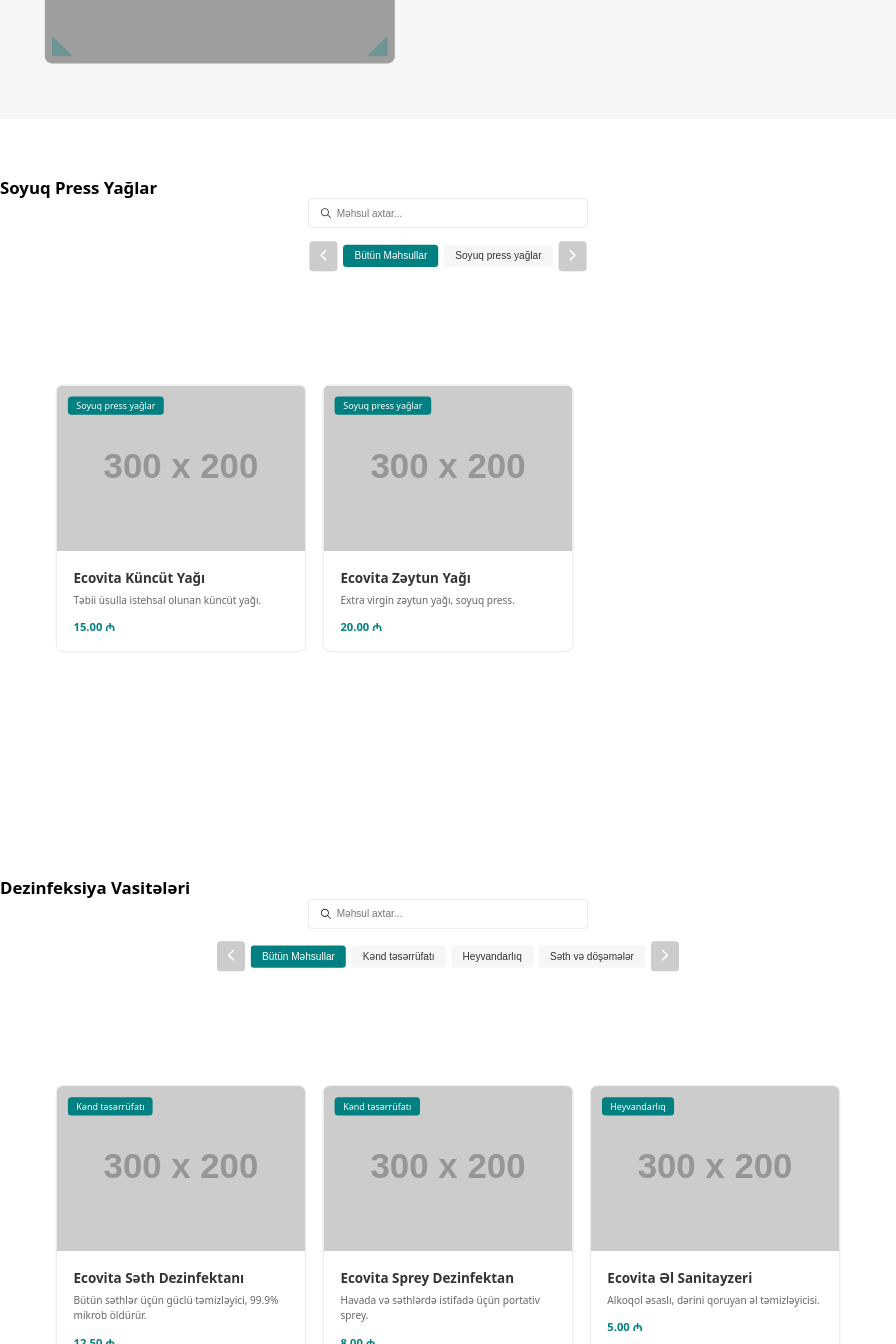
Repository: ferhadsultan98/ecovita
Page: /
The author's editor kept a copy of each file at every save. The page is drawn from the files as they stood at one save, then again after the next save.
The browser window is 1280 px wide. The pictures show the part of the page from y = 1382 to 3302 px (the page is 4462 px tall before and 4396 px after), at 70% of full size.
Pictures or frames that could not be fetched are drawn as grey boxes. The project was rebuilt for these pictures with package versions that can differ from the ones it lists, and the page was loaded fresh each time. Also part of the build but not shown: vite.config.js.

Above is the page before, as saved 2025-05-02 15:53:18.

### index.html
<!doctype html>
<html lang="en">
  <head>
    <meta charset="UTF-8" />
    <meta name="viewport" content="width=device-width, initial-scale=1.0" />
    <link rel="shortcut icon" href="./public/assets/Fotolar/logo.png" type="image/x-icon">
    <title>Ecovita - Menu</title>
  </head>
  <body>
    <div id="root"></div>
    <script type="module" src="/src/main.jsx"></script>
  </body>
</html>

### src/App.jsx
import React from "react";
import "./App.scss";
import MainLayout from "./Components/Common/MainLayout";
import Home from "./Pages/Home/Home";
import MenuSection from "./Pages/MenuSection/MenuSection";

function App() {
  return (
    <div className="app-container">
      <MainLayout>
        <Home />
        <MenuSection />
      </MainLayout>
    </div>
  );
}

export default App;

### src/App.scss
* {
  margin: 0;
  padding: 0;
  box-sizing: border-box;
}

body {
  font-family: system-ui, -apple-system, BlinkMacSystemFont, "Segoe UI", Roboto,
    Oxygen, Ubuntu, Cantarell, "Open Sans", "Helvetica Neue", sans-serif;
}

### src/Components/Common/MainLayout.jsx
import React from 'react';
import Header from './Header/Header';
import Footer from './Footer/Footer';

const MainLayout = ({ children }) => {
  return (
    <>
      <Header />
      {children}
      <Footer />
    </>
  );
};

export default MainLayout;

### src/Pages/MenuSection/MenuSection.jsx
import React, { useState, useEffect, useRef } from "react";
import { motion, AnimatePresence } from "framer-motion";
import "./MenuSection.scss";
import { IoIosArrowForward, IoIosArrowBack, IoIosSearch } from "react-icons/io";

const MenuSection = () => {
  const [activeFilters, setActiveFilters] = useState({
    oils: "all",
    disinfectants: "all",
  });
  const [visibleItems, setVisibleItems] = useState({
    oils: [],
    disinfectants: [],
  });
  const [menuItems, setMenuItems] = useState({
    oils: {},
    disinfectants: {},
  });
  const [fetchError, setFetchError] = useState(null);
  const [filterListRefs, setFilterListRefs] = useState({
    oils: useRef(null),
    disinfectants: useRef(null),
  });
  const [scrolled, setScrolled] = useState({ oils: 0, disinfectants: 0 });
  const [maxScroll, setMaxScroll] = useState({ oils: 0, disinfectants: 0 });
  const [itemsToShow, setItemsToShow] = useState({ oils: 6, disinfectants: 6 });
  const [hasMore, setHasMore] = useState({ oils: true, disinfectants: true });
  const [searchTerms, setSearchTerms] = useState({ oils: "", disinfectants: "" });
  const [isNavbarSticky, setIsNavbarSticky] = useState({
    oils: false,
    disinfectants: false,
  });
  const navbarRefs = {
    oils: useRef(null),
    disinfectants: useRef(null),
  };
  const sectionRefs = {
    oils: useRef(null),
    disinfectants: useRef(null),
  };

  // Static product data for Ecovita, split into oils and disinfectants
  const productData = {
    oils: [
      {
        category: { az: "Soyuq press yağlar" },
        items: [
          {
            id: "7",
            name: { az: "Ecovita Küncüt Yağı" },
            description: { az: "Təbii üsulla istehsal olunan küncüt yağı." },
            price: 15.0,
            image_url: "sesame-oil.jpg",
          },
          {
            id: "8",
            name: { az: "Ecovita Zəytun Yağı" },
            description: { az: "Extra virgin zəytun yağı, soyuq press." },
            price: 20.0,
            image_url: "olive-oil.jpg",
          },
        ],
      },
    ],
    disinfectants: [
      {
        category: { az: "Kənd təsərrüfatı" },
        items: [
          {
            id: "1",
            name: { az: "Ecovita Səth Dezinfektanı" },
            description: {
              az: "Bütün səthlər üçün güclü təmizləyici, 99.9% mikrob öldürür.",
            },
            price: 12.5,
            image_url: "surface-disinfectant.jpg",
          },
          {
            id: "2",
            name: { az: "Ecovita Sprey Dezinfektan" },
            description: {
              az: "Havada və səthlərdə istifadə üçün portativ sprey.",
            },
            price: 8.0,
            image_url: "spray-disinfectant.jpg",
          },
        ],
      },
      {
        category: { az: "Heyvandarlıq" },
        items: [
          {
            id: "3",
            name: { az: "Ecovita Əl Sanitayzeri" },
            description: {
              az: "Alkoqol əsaslı, dərini qoruyan əl təmizləyicisi.",
            },
            price: 5.0,
            image_url: "hand-sanitizer.jpg",
          },
          {
            id: "4",
            name: { az: "Ecovita Gel Sanitayzer" },
            description: { az: "Uzunmüddətli qoruma təmin edən gel formulası." },
            price: 6.5,
            image_url: "gel-sanitizer.jpg",
          },
        ],
      },
      {
        category: { az: "Səth və döşəmələr" },
        items: [
          {
            id: "5",
            name: { az: "Ecovita Çoxməqsədli Təmizləyici" },
            description: {
              az: "Mətbəx və vanna otağı üçün ekoloji təmiz təmizləyici.",
            },
            price: 10.0,
            image_url: "multi-purpose-cleaner.jpg",
          },
          {
            id: "6",
            name: { az: "Ecovita Şüşə Təmizləyici" },
            description: {
              az: "Ləkəsiz parıltı üçün şüşə və güzgü təmizləyicisi.",
            },
            price: 7.0,
            image_url: "glass-cleaner.jpg",
          },
        ],
      },
    ],
  };

  const processMenuData = (data) => {
    if (!Array.isArray(data)) return {};
    return data.reduce((acc, cat) => {
      if (!cat?.category?.az || !Array.isArray(cat.items)) return acc;
      const categoryKey = cat.category.az.toLowerCase().replace(/\s+/g, "-");
      acc[categoryKey] = {
        items: cat.items.filter(
          (item) =>
            item?.id && item?.name?.az && item?.description?.az && item?.price
        ),
        name: cat.category,
      };
      return acc;
    }, {});
  };

  useEffect(() => {
    try {
      const processedOils = processMenuData(productData.oils);
      const processedDisinfectants = processMenuData(productData.disinfectants);
      setMenuItems({
        oils: processedOils,
        disinfectants: processedDisinfectants,
      });
      setFetchError(null);
    } catch (error) {
      setFetchError(
        `Məhsul məlumatlarının yüklənməsində xəta: ${error.message}`
      );
      setMenuItems({ oils: {}, disinfectants: {} });
    }
  }, []);

  const updateVisibleItems = (section, activeFilter, menuItems, searchTerm) => {
    let items = [];
    if (activeFilter === "all") {
      Object.values(menuItems[section]).forEach((category) => {
        if (Array.isArray(category.items)) {
          items = [
            ...items,
            ...category.items.map((item) => ({
              ...item,
              category: category.name,
            })),
          ];
        }
      });
    } else if (menuItems[section][activeFilter]?.items) {
      items = menuItems[section][activeFilter].items.map((item) => ({
        ...item,
        category: menuItems[section][activeFilter].name,
      }));
    }

    if (searchTerm.trim()) {
      const term = searchTerm.toLowerCase();
      items = items.filter(
        (item) =>
          (item.name?.az || "").toLowerCase().includes(term) ||
          (item.description?.az || "").toLowerCase().includes(term)
      );
      setTimeout(() => {
        sectionRefs[section].current?.scrollIntoView({
          behavior: "smooth",
          block: "start",
        });
      }, 100);
    }

    return items;
  };

  useEffect(() => {
    setVisibleItems({
      oils: updateVisibleItems(
        "oils",
        activeFilters.oils,
        menuItems,
        searchTerms.oils
      ),
      disinfectants: updateVisibleItems(
        "disinfectants",
        activeFilters.disinfectants,
        menuItems,
        searchTerms.disinfectants
      ),
    });
    setItemsToShow({ oils: 6, disinfectants: 6 });
    setHasMore({
      oils: visibleItems.oils?.length > 6,
      disinfectants: visibleItems.disinfectants?.length > 6,
    });
  }, [activeFilters, menuItems, searchTerms]);

  useEffect(() => {
    const updateMetrics = (section) => {
      const ref = filterListRefs[section].current;
      if (ref) {
        const newMaxScroll = ref.scrollWidth - ref.clientWidth;
        setMaxScroll((prev) => ({
          ...prev,
          [section]: newMaxScroll > 0 ? newMaxScroll : 0,
        }));
        setScrolled((prev) => ({ ...prev, [section]: ref.scrollLeft }));
      }
    };
    updateMetrics("oils");
    updateMetrics("disinfectants");
    scrollActiveFilterIntoView("oils");
    scrollActiveFilterIntoView("disinfectants");
    window.addEventListener("resize", () => {
      updateMetrics("oils");
      updateMetrics("disinfectants");
    });
    return () =>
      window.removeEventListener("resize", () => {
        updateMetrics("oils");
        updateMetrics("disinfectants");
      });
  }, [activeFilters, menuItems]);

  useEffect(() => {
    const handleScroll = () => {
      ["oils", "disinfectants"].forEach((section) => {
        if (sectionRefs[section].current && navbarRefs[section].current) {
          const sectionTop = sectionRefs[section].current.getBoundingClientRect().top;
          setIsNavbarSticky((prev) => ({
            ...prev,
            [section]: sectionTop <= 0,
          }));
        }
      });
    };
    window.addEventListener("scroll", handleScroll);
    return () => window.removeEventListener("scroll", handleScroll);
  }, []);

  const handleFilterClick = (section, filter) => {
    setActiveFilters((prev) => ({ ...prev, [section]: filter }));
    setTimeout(() => {
      sectionRefs[section].current?.scrollIntoView({
        behavior: "smooth",
        block: "start",
      });
    }, 100);
  };

  const handleScrollFilters = (section, direction) => {
    const ref = filterListRefs[section].current;
    if (!ref) return;
    const scrollAmount =
      direction === "prev" ? -ref.clientWidth * 0.7 : ref.clientWidth * 0.7;
    ref.scrollBy({ left: scrollAmount, behavior: "smooth" });
  };

  const handleFilterListScroll = (section) => {
    const ref = filterListRefs[section].current;
    if (ref) {
      setScrolled((prev) => ({ ...prev, [section]: ref.scrollLeft }));
      setMaxScroll((prev) => ({
        ...prev,
        [section]: Math.max(0, ref.scrollWidth - ref.clientWidth),
      }));
    }
  };

  const scrollActiveFilterIntoView = (section) => {
    const ref = filterListRefs[section].current;
    if (!ref) return;
    const activeButton = ref.querySelector(".menu-filter-button-active");
    if (activeButton) {
      const list = ref;
      const buttonLeft = activeButton.offsetLeft;
      const buttonWidth = activeButton.offsetWidth;
      const listWidth = list.clientWidth;
      list.scrollTo({
        left: buttonLeft - listWidth / 2 + buttonWidth / 2,
        behavior: "smooth",
      });
    }
  };

  const handleSearchChange = (section, e) => {
    setSearchTerms((prev) => ({ ...prev, [section]: e.target.value }));
    setActiveFilters((prev) => ({ ...prev, [section]: "all" }));
  };

  const clearSearch = (section) => {
    setSearchTerms((prev) => ({ ...prev, [section]: "" }));
  };

  const loadMore = (section) => {
    const newItemsToShow = itemsToShow[section] + 6;
    setItemsToShow((prev) => ({ ...prev, [section]: newItemsToShow }));
    setHasMore((prev) => ({
      ...prev,
      [section]: visibleItems[section].length > newItemsToShow,
    }));
  };

  const containerVariants = {
    hidden: { opacity: 0 },
    visible: { opacity: 1, transition: { staggerChildren: 0.1 } },
  };

  const itemVariants = {
    hidden: { y: 20, opacity: 0 },
    visible: { y: 0, opacity: 1, transition: { duration: 0.5 } },
  };

  const renderMenuSection = (section, title, sectionId) => {
    const categories = Object.keys(menuItems[section]);
    return (
      <section className="menu-section" id={sectionId} ref={sectionRefs[section]}>
        <h2 className="section-title">{title}</h2>
        <div
          className={`menu-navbar-wrapper ${isNavbarSticky[section] ? "sticky" : ""}`}
          ref={navbarRefs[section]}
        >
          <div className="container">
            {fetchError && <div className="error-message">{fetchError}</div>}
            <div className="menu-navbar-content">
              <div className="menu-search">
                <div className="search-input-wrapper">
                  <IoIosSearch className="search-icon" />
                  <input
                    type="text"
                    placeholder="Məhsul axtar..."
                    value={searchTerms[section]}
                    onChange={(e) => handleSearchChange(section, e)}
                    className="search-input"
                  />
                  {searchTerms[section] && (
                    <button
                      className="clear-search-button"
                      onClick={() => clearSearch(section)}
                    >
                      ×
                    </button>
                  )}
                </div>
              </div>
              <nav className="menu-filter">
                <div className="menu-filter-container">
                  <button
                    className={`scroll-button scroll-button-prev ${
                      scrolled[section] <= 0 ? "scroll-button-disabled" : ""
                    }`}
                    onClick={() => handleScrollFilters(section, "prev")}
                    disabled={scrolled[section] <= 0}
                    aria-label="Sola sürüşdür"
                  >
                    <IoIosArrowBack fontSize="24px" />
                  </button>
                  <div
                    className="menu-filter-list"
                    ref={filterListRefs[section]}
                    onScroll={() => handleFilterListScroll(section)}
                  >
                    <div className="menu-filter-item">
                      <motion.button
                        className={`menu-filter-button ${
                          activeFilters[section] === "all"
                            ? "menu-filter-button-active"
                            : ""
                        }`}
                        onClick={() => handleFilterClick(section, "all")}
                        whileHover={{ scale: 1.05 }}
                        whileTap={{ scale: 0.95 }}
                      >
                        Bütün Məhsullar
                      </motion.button>
                    </div>
                    {categories.map((category) => (
                      <div key={category} className="menu-filter-item">
                        <motion.button
                          className={`menu-filter-button ${
                            activeFilters[section] === category
                              ? "menu-filter-button-active"
                              : ""
                          }`}
                          onClick={() => handleFilterClick(section, category)}
                          whileHover={{ scale: 1.05 }}
                          whileTap={{ scale: 0.95 }}
                        >
                          {menuItems[section][category].name.az}
                        </motion.button>
                      </div>
                    ))}
                  </div>
                  <button
                    className={`scroll-button scroll-button-next ${
                      scrolled[section] >= maxScroll[section] - 1
                        ? "scroll-button-disabled"
                        : ""
                    }`}
                    onClick={() => handleScrollFilters(section, "next")}
                    disabled={scrolled[section] >= maxScroll[section] - 1}
                    aria-label="Sağa sürüşdür"
                  >
                    <IoIosArrowForward fontSize="24px" />
                  </button>
                </div>
              </nav>
            </div>
          </div>
        </div>

        <div className="container menu-content">
          {visibleItems[section].length > 0 ? (
            <AnimatePresence mode="wait">
              <motion.div
                key={activeFilters[section] + searchTerms[section]}
                className="menu-grid"
                variants={containerVariants}
                initial="hidden"
                animate="visible"
                exit={{ opacity: 0 }}
              >
                {visibleItems[section].slice(0, itemsToShow[section]).map((item) => (
                  <motion.div
                    key={item.id}
                    className="menu-item"
                    variants={itemVariants}
                  >
                    <div className="menu-item-card">
                      <div className="menu-item-image">
                        <img
                          src={`https://via.placeholder.com/300x200?text=${encodeURIComponent(
                            item.name.az
                          )}`}
                          alt={item.name.az}
                        />
                        <div className="menu-item-category-badge">
                          {item.category.az}
                        </div>
                      </div>
                      <div className="menu-item-content">
                        <h4 className="menu-item-title">{item.name.az}</h4>
                        <p className="menu-item-description">
                          {item.description.az}
                        </p>
                        <div className="menu-item-footer">
                          <span className="menu-item-price">
                            {item.price.toFixed(2)} ₼
                          </span>
                        </div>
                      </div>
                    </div>
                  </motion.div>
                ))}
              </motion.div>
            </AnimatePresence>
          ) : (
            <div className="no-results-found">
              <h3>Heç bir məhsul tapılmadı</h3>
              <p>Fərqli axtarış cəhd edin və ya filtrləri sıfırlayın.</p>
              <button
                className="reset-filter-button"
                onClick={() => clearSearch(section)}
              >
                Axtarışı Sıfırla
              </button>
            </div>
          )}
          {hasMore[section] && visibleItems[section].length > 0 && (
            <div className="menu-load-more">
              <motion.button
                className="load-more-button"
                onClick={() => loadMore(section)}
                whileHover={{ scale: 1.05 }}
                whileTap={{ scale: 0.95 }}
              >
                Daha Çox Göstər
              </motion.button>
            </div>
          )}
        </div>
      </section>
    );
  };

  return (
    <>
      {renderMenuSection("oils", "Soyuq Press Yağlar", "cold-pressed-oils")}
      {renderMenuSection("disinfectants", "Dezinfeksiya Vasitələri", "disinfectants")}
    </>
  );
};

export default MenuSection;

### src/Components/Common/Header/Header.jsx
import { useState, useEffect, useRef } from "react";
import "./Header.scss";
import { motion, AnimatePresence } from "framer-motion";
import { FaSyringe, FaChevronDown } from "react-icons/fa";
import EcovitaLogo from '../../../../public/assets/Fotolar/logo.png';

const Header = () => {
  const [scrolled, setScrolled] = useState(false);
  const [isDropdownOpen, setIsDropdownOpen] = useState(false);
  const dropdownRef = useRef(null);

  useEffect(() => {
    const handleScroll = () => {
      setScrolled(window.scrollY > 20);
    };

    window.addEventListener("scroll", handleScroll);
    return () => window.removeEventListener("scroll", handleScroll);
  }, []);

  useEffect(() => {
    const handleClickOutside = (event) => {
      if (dropdownRef.current && !dropdownRef.current.contains(event.target)) {
        setIsDropdownOpen(false);
      }
    };

    document.addEventListener("mousedown", handleClickOutside);
    return () => document.removeEventListener("mousedown", handleClickOutside);
  }, []);

  const scrollToTop = () => {
    window.scrollTo({ top: 0, behavior: "smooth" });
  };

  const scrollToSection = (sectionId) => {
    const section = document.getElementById(sectionId);
    if (section) {
      section.scrollIntoView({ behavior: "smooth", block: "start" });
      setIsDropdownOpen(false);
    }
  };

  const dropdownVariants = {
    hidden: { opacity: 0, y: -10, scale: 0.95 },
    visible: { opacity: 1, y: 0, scale: 1 },
    exit: { opacity: 0, y: -10, scale: 0.95 }
  };

  return (
    <header className={`header ${scrolled ? "scrolled" : ""}`}>
      <div className="header-container">
        <a onClick={scrollToTop} className="logo">
          <img src={EcovitaLogo} alt="Ecovita_logo" />
        </a>
        <div className="products-dropdown" ref={dropdownRef}>
          <button
            className="products-button"
            onMouseEnter={() => setIsDropdownOpen(true)}
            onClick={() => setIsDropdownOpen(!isDropdownOpen)}
          >
            Məhsullar
            <span className="products-icon">
              <FaSyringe />
            </span>
            <FaChevronDown className={`chevron-icon ${isDropdownOpen ? "open" : ""}`} />
          </button>
          <AnimatePresence>
            {isDropdownOpen && (
              <motion.ul
                className="dropdown-menu"
                variants={dropdownVariants}
                initial="hidden"
                animate="visible"
                exit="exit"
                transition={{ duration: 0.2, ease: "easeInOut" }}
                onMouseLeave={() => setIsDropdownOpen(false)}
              >
                <li onClick={() => scrollToSection("cold-pressed-oils")}>
                  Soyuq press yağlar
                </li>
                <li onClick={() => scrollToSection("disinfectants")}>
                  Dezinfeksiya vasitələri
                </li>
              </motion.ul>
            )}
          </AnimatePresence>
        </div>
      </div>
    </header>
  );
};

export default Header;

Loaded but not shown: src/main.jsx (common file); src/Pages/MenuSection/MenuSection.scss (453 lines, source omitted); src/Pages/Home/Home.scss (380 lines, source omitted); src/Pages/Home/Home.jsx (189 lines, source omitted); src/Components/Common/Footer/Footer.scss (300 lines, source omitted); src/Components/Common/Footer/Footer.jsx (142 lines, source omitted); src/Components/Common/Header/Header.scss (177 lines, source omitted); src/index.css (no stored copy; drawn as an empty file)

After the next save:
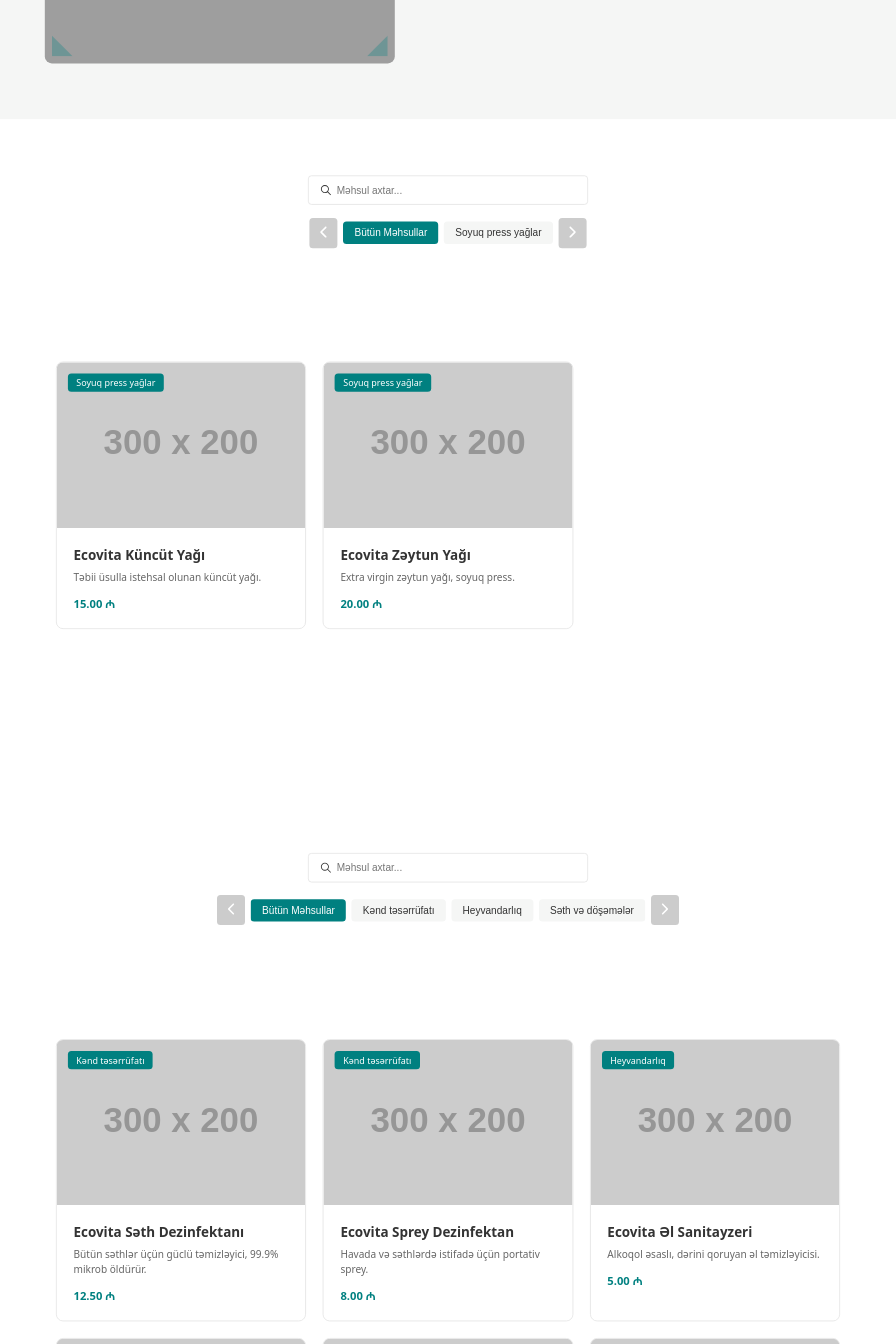
Saved 90 s later.
--- a/src/Pages/MenuSection/MenuSection.jsx
+++ b/src/Pages/MenuSection/MenuSection.jsx
@@ -347,7 +347,7 @@
     const categories = Object.keys(menuItems[section]);
     return (
       <section className="menu-section" id={sectionId} ref={sectionRefs[section]}>
-        <h2 className="section-title">{title}</h2>
+
         <div
           className={`menu-navbar-wrapper ${isNavbarSticky[section] ? "sticky" : ""}`}
           ref={navbarRefs[section]}
